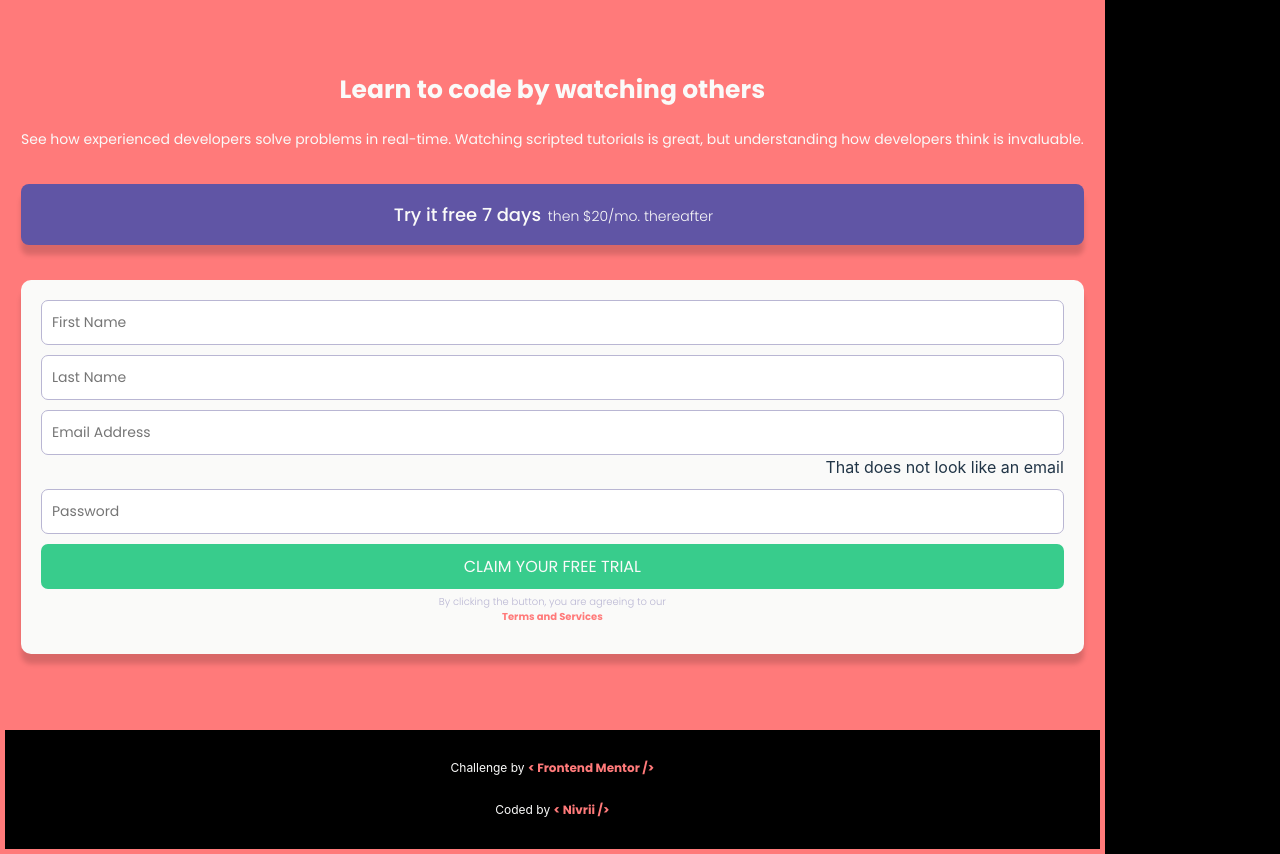
Repository: nivrii/intro-component-with-signup
Page: /
The author's editor kept a copy of each file at every save. The page is drawn from the files as they stood at one save, then again after the next save.
The browser window is 1280 px wide. The pictures show the whole page.
The project was rebuilt for these pictures with package versions that can differ from the ones it lists, and the page was loaded fresh each time. Also part of the build but not shown: vite.config.js.

Above is the page before, as saved 2023-10-19 16:39:53.

After the next save:
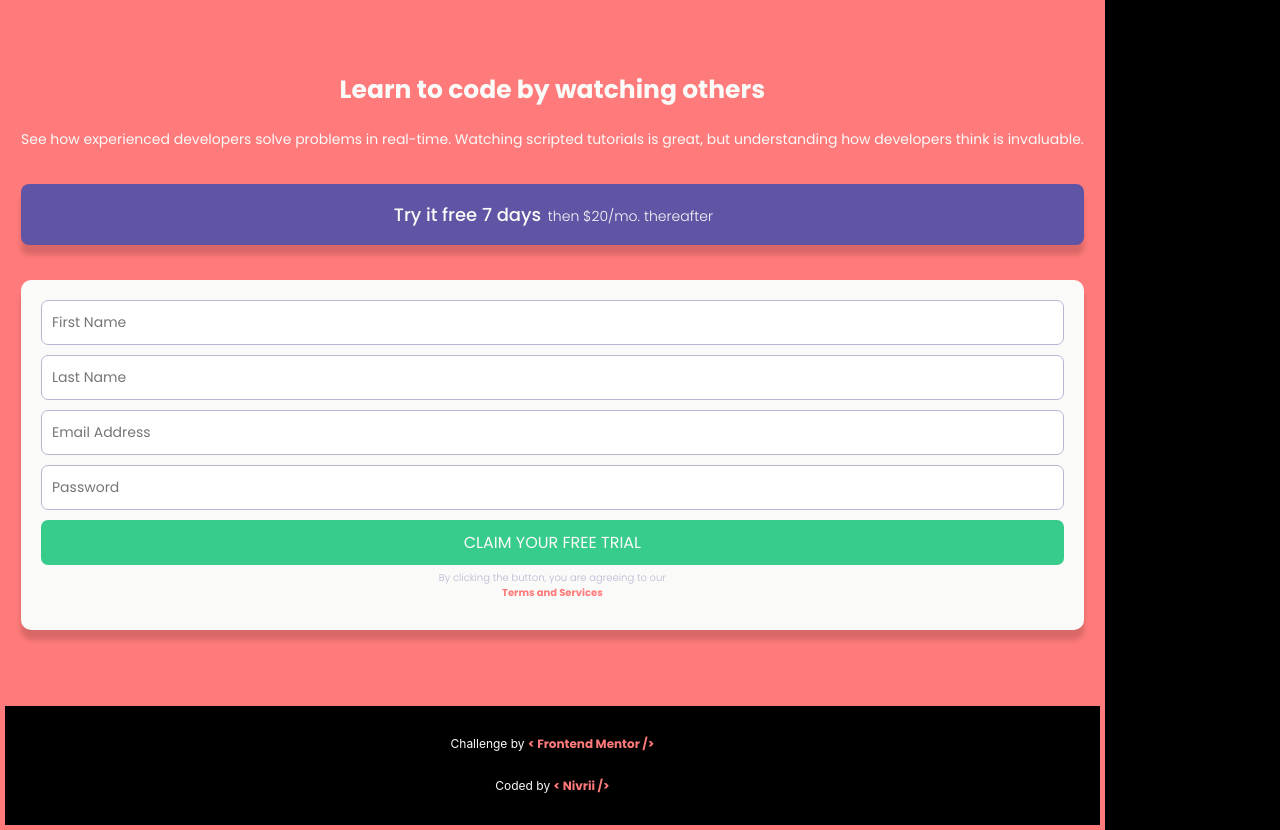
Saved 7 s later.
--- a/src/Container/Form/Form.jsx
+++ b/src/Container/Form/Form.jsx
@@ -186,7 +186,7 @@ export function Form({ userArray, setUserArray }) {
             {emailEmpty && (
               <div className="err err-email">Email Cannot Be Empty</div>
             )}
-            <div className="miss-email">
+            <div className="miss-email close">
               That does not look like an email
             </div>
           </div>
